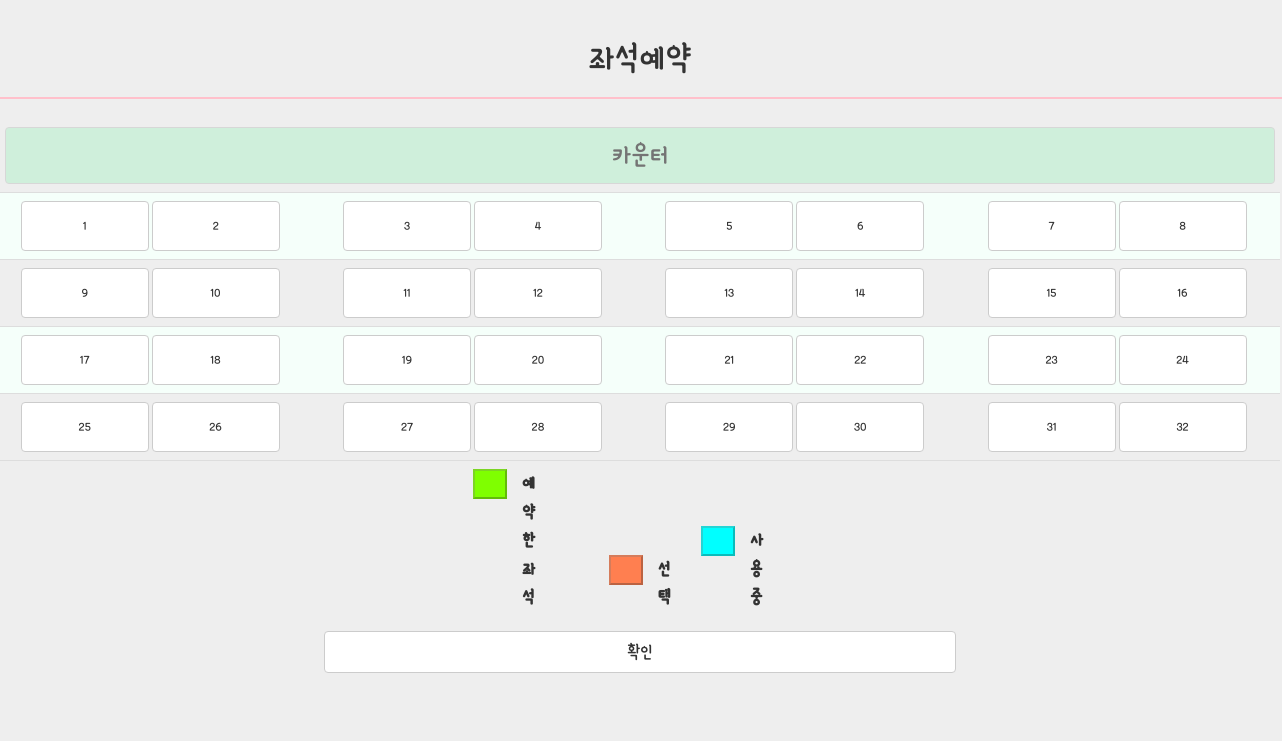
Repository: khm2034/cafe-system
Page: http://localhost/jspwebserver/WEB-INF/views/seat.jsp
The author's editor kept a copy of each file at every save. The page is drawn from the files as they stood at one save, then again after the next save.
The browser window is 1280 px wide. The page is 1282 px wide, so the pictures cover 1282 px, including what lies to the right of the window. The pictures show the whole page.
Some web libraries are served in a nearby version. The page is served by Tomcat 9. Nobody is signed in. The template is opened directly, without the code that normally fills it, so the values that code supplies are empty.

Above is the page before, as saved 2017-12-16 17:20:58.

After the next save:
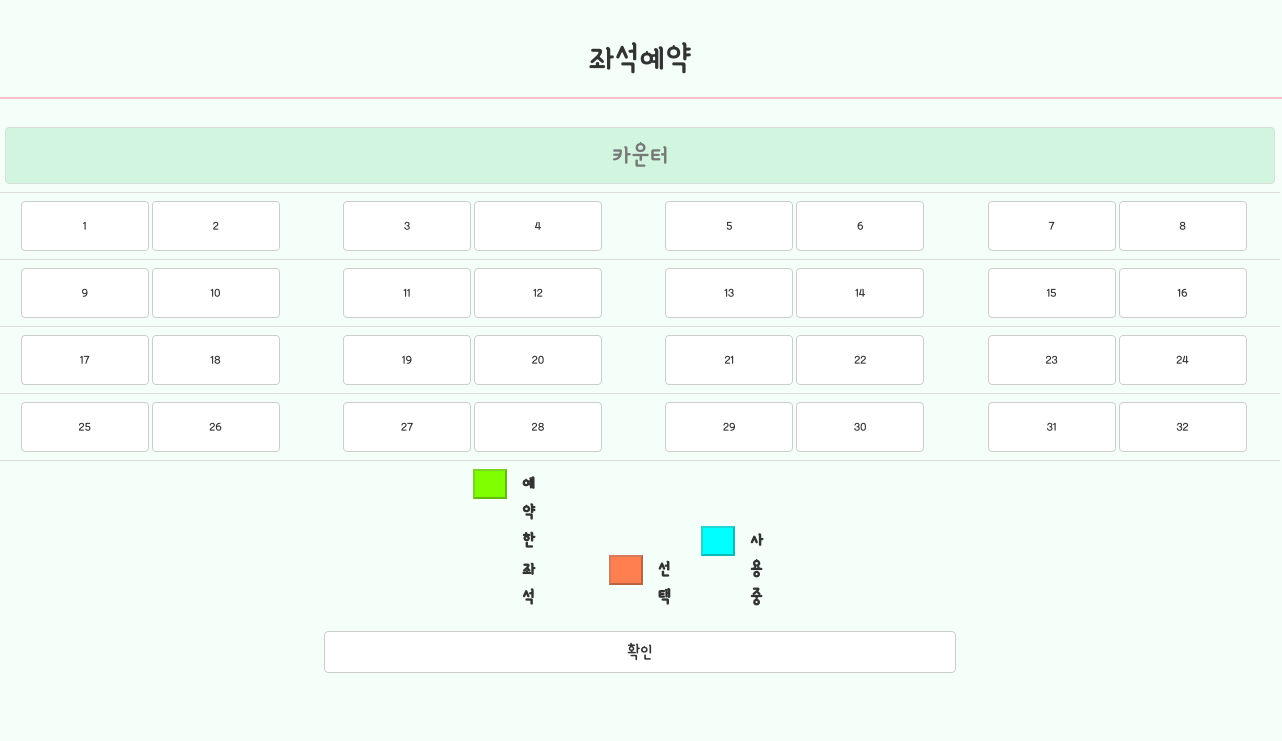
Saved 18 s later.
--- a/jsp/jspwebserver/src/main/webapp/WEB-INF/views/seat.jsp
+++ b/jsp/jspwebserver/src/main/webapp/WEB-INF/views/seat.jsp
@@ -13,7 +13,7 @@
       <link rel="stylesheet" href="css/dashboard.css">
       <link rel="stylesheet" type="text/css"href="css/custom.css">
     </head>
-    <body style="padding-top:20px !important; background-color="mintcream">
+    <body style="padding-top:20px !important; background-color:mintcream">
 
         <div class="form-subject">
                 좌석예약
